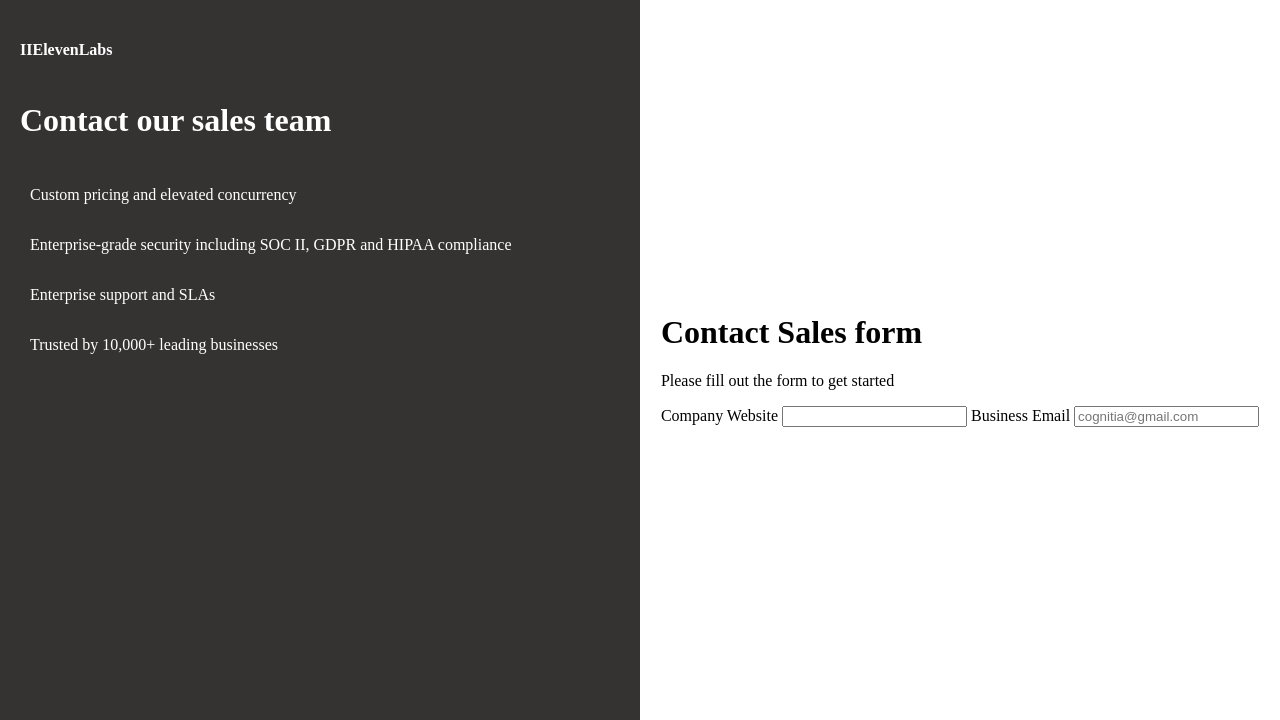
Repository: RohanSai22/harkirat-cohort-learnings
Page: Web/w1_a2.html
These files come from the project's save history. The page is drawn as it stood at one moment and after a run of saves; the edit follows.
The browser window is 1280 px wide. The pictures show the whole page.

Above is the page before, as saved 2026-03-24 12:16:37.

After the next 2 saves:
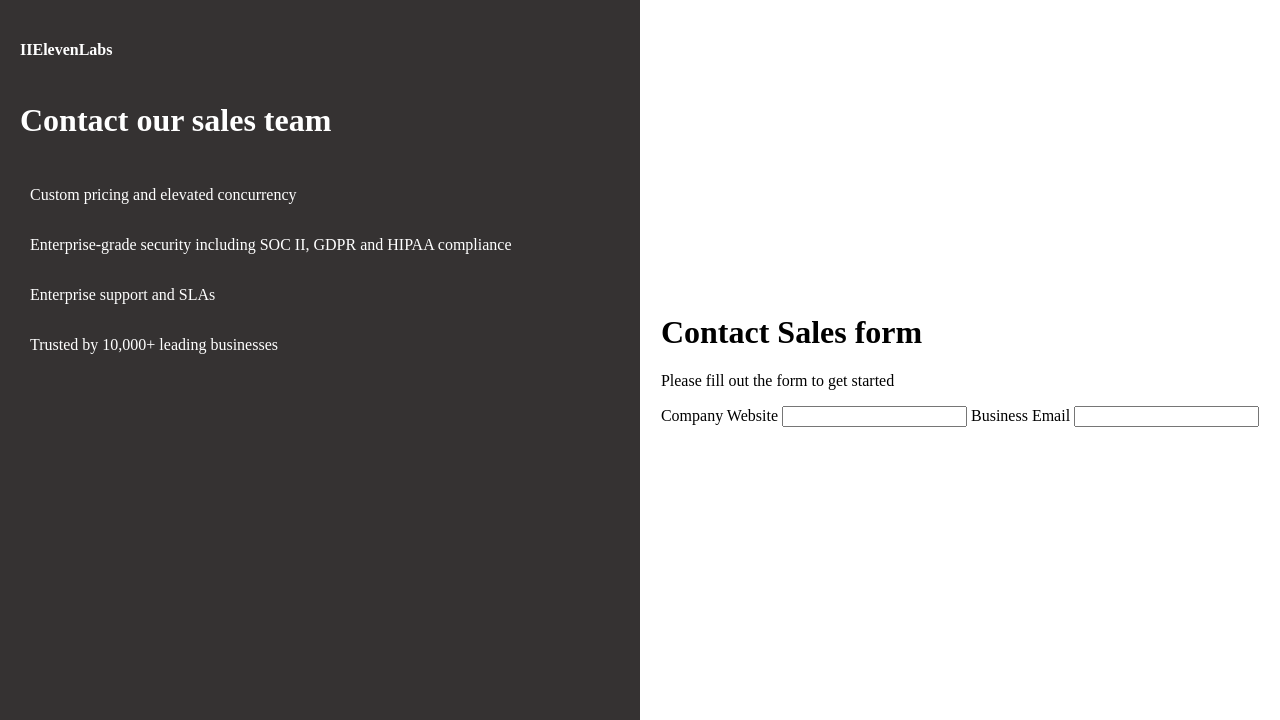
The 2 saves are shown as one change because they came seconds apart.
The last was saved 10 s later.
--- a/Web/w1_a2.html
+++ b/Web/w1_a2.html
@@ -24,7 +24,7 @@
                         <label>Company Website</label>
                         <input type="url" aria-placeholder="https:www.cognitia.com">
                         <label>Business Email</label>
-                        <input type="email" placeholder="cognitia@gmail.com"/>
+                        <input type="email" aria-placeholder="cognitia@gmail.com"/>
                     </div>
                  </div>
             </div>
